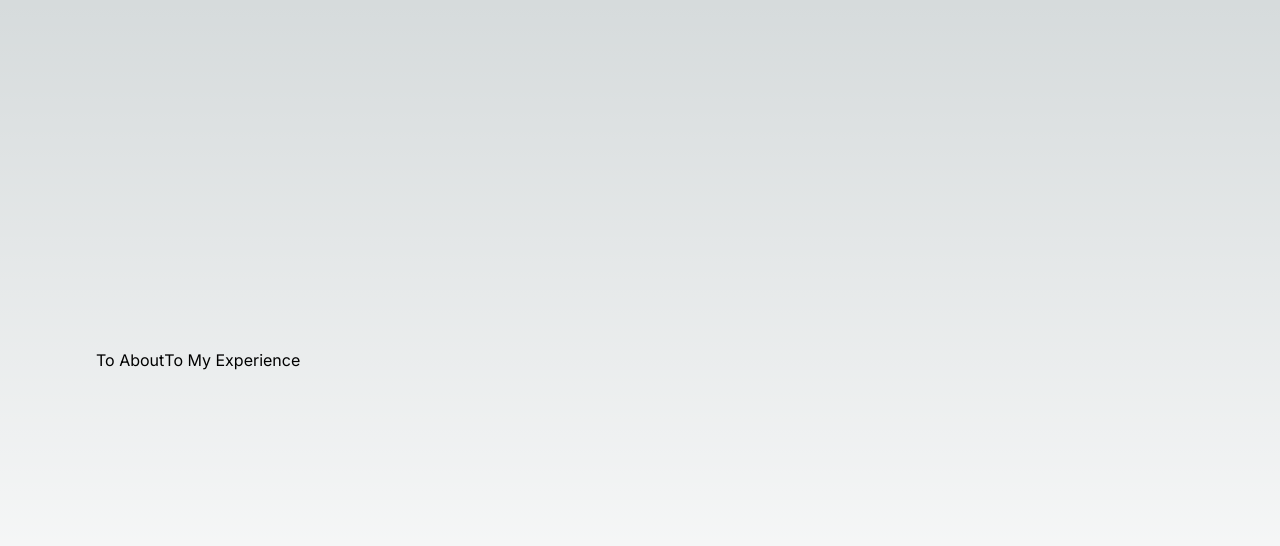
Repository: ShellyDeng08/learn-nextjs-course
Page: /
These files come from the project's save history. The page is drawn as it stood at one moment and after the next save; the edit follows.
The browser window is 1280 px wide. The pictures show the whole page.
The project was rebuilt for these pictures with package versions that can differ from the ones it lists, and the page was loaded fresh each time. The framework's server and built-in components were replaced by stand-ins that run in the browser. Also part of the build but not shown: next.config.js.

Above is the page before, as saved 2023-12-21 11:24:17.

After the next save:
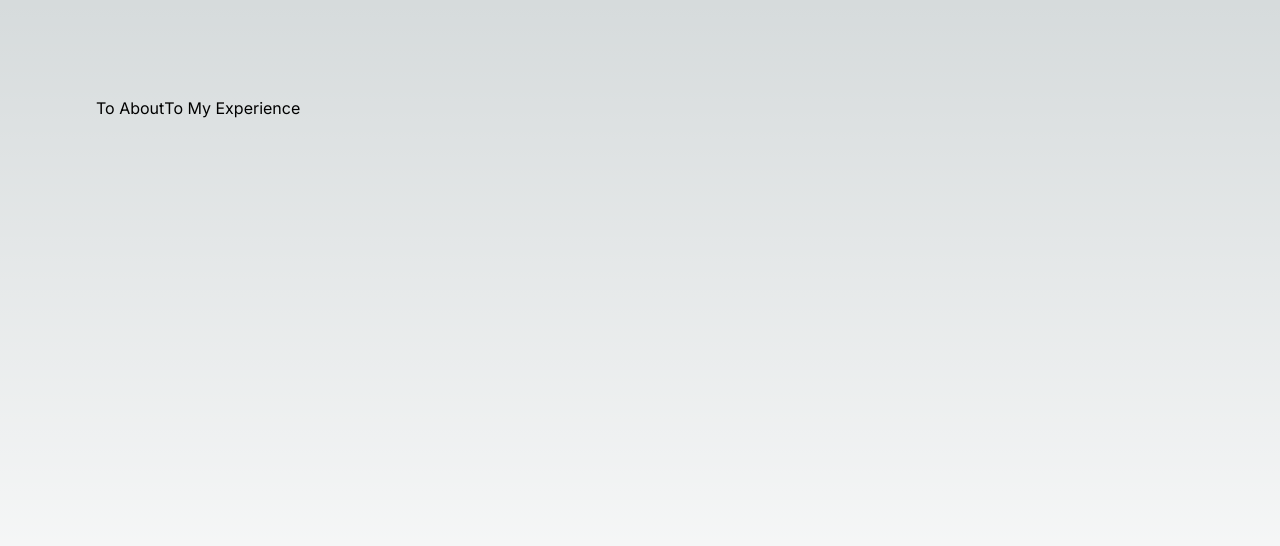
Saved 8 s later.
--- a/src/app/page.tsx
+++ b/src/app/page.tsx
@@ -3,7 +3,7 @@ import Link from 'next/link'
 
 export default function Home() {
   return (
-    <main className="flex min-h-screen items-center center p-24">
+    <main className="flex min-h-screen center p-24">
       <Link href={'/about'}>To About</Link>
       <Link href={'/about/experience'}>To My Experience</Link>
     </main>
